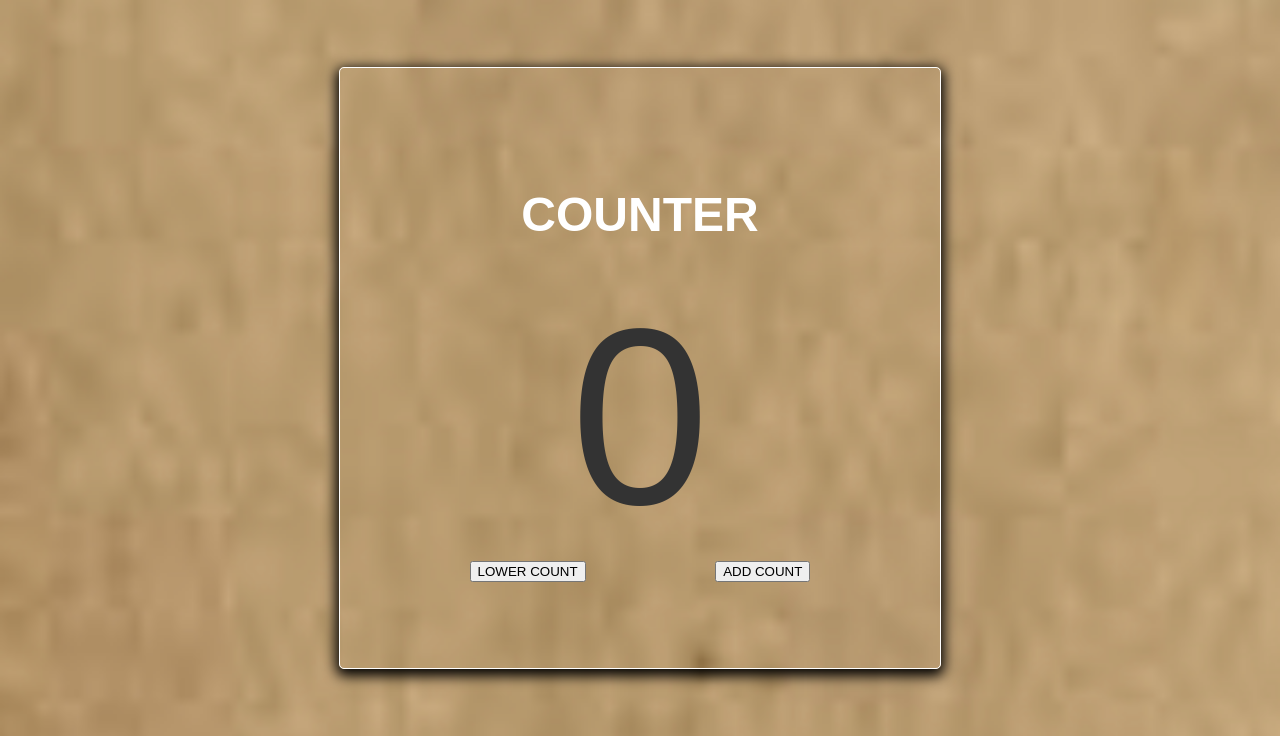
Repository: Hasmik-icml/counter
Page: index.html
An editor plug-in stored every save of this project. The page is shown before and after the next save, followed by the edit.
The browser window is 1280 px wide. The pictures show the whole page.

Above is the page before, as saved 2022-02-14 17:05:37.

### index.html
<!DOCTYPE html>
<html lang="en">
<head>
    <meta charset="UTF-8">
    <meta http-equiv="X-UA-Compatible" content="IE=edge">
    <meta name="viewport" content="width=device-width, initial-scale=1.0">
    <link rel="stylesheet" href="/style.css">
    <title>Document</title>
</head>
<body>
    <div class="container">
        <h1 class="counterHeader">COUNTER</h1>
        <div class="result">0</div>
        <div class="buttons">
            <button class="">LOWER COUNT</button>
            <button class="">ADD COUNT</button>
        </div>

    </div>
    <script src="/index.js"></script>
</body>
</html>

### style.css
body{
    display:flex;
    flex-direction:column;
    justify-content:center;
    min-height:100vh;
    background-image: url("/Screenshot_14.png");
    background-repeat: no-repeat;
    background-size: cover;
}
.container {
    width: 600px;
    height: 600px;
    border: 1px solid white;
    border-radius: 5px;
    margin: auto;
    text-align: center;
    box-shadow: 0px 4px 13px 3px;
    display: flex;
    flex-direction: column;
    justify-content: center;
}
.counterHeader{
    color: white;
    font-family: sans-serif;
    font-size: xxx-large;
}
.result{
    color: #333333;
    font-family: sans-serif;
    font-size: 250px;
}
.button{
    background-color: #0c2c54;
    border-style: none;
    color: white;
    padding: 15px;
    font-family: sans-serif;
    font-size: x-large;
}
.buttons{
    display: flex;
    justify-content: space-evenly;
}

Loaded but not shown: index.js (no copy from this time; the picture is the same without it)

After the next save:
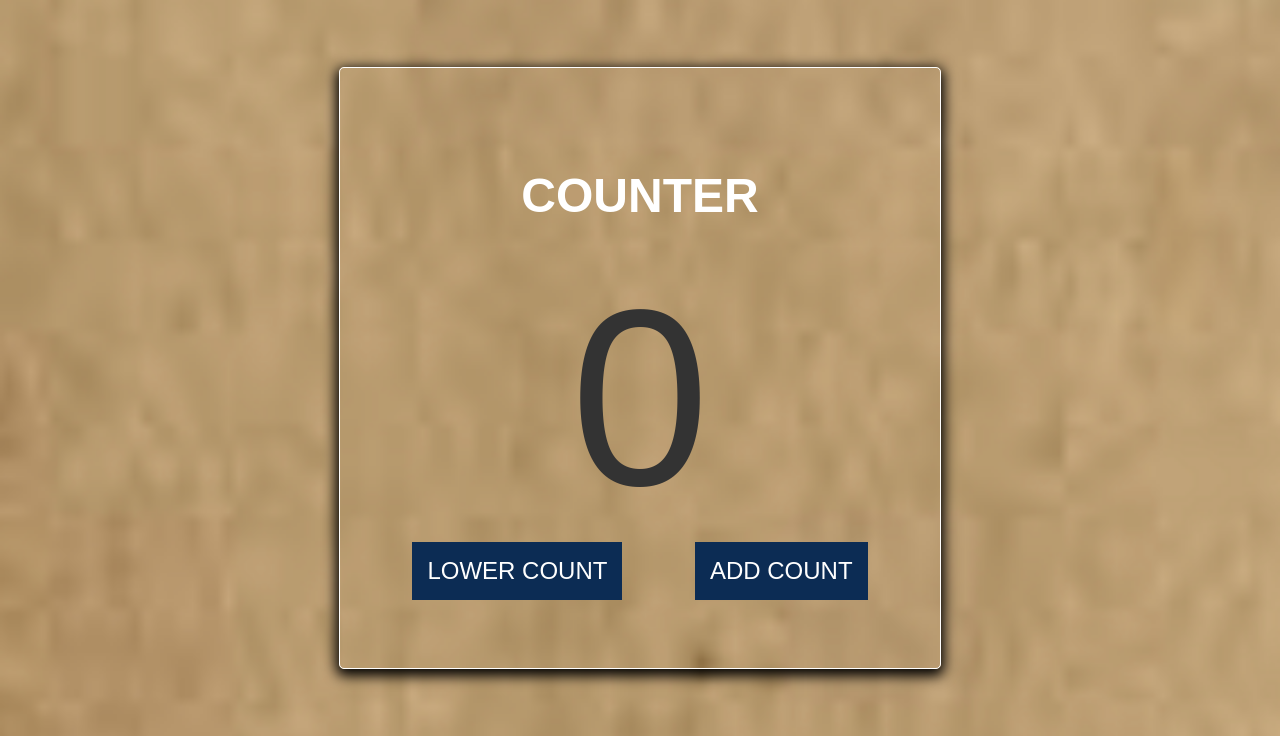
Saved 4 s later.
--- a/index.html
+++ b/index.html
@@ -12,8 +12,8 @@
         <h1 class="counterHeader">COUNTER</h1>
         <div class="result">0</div>
         <div class="buttons">
-            <button class="">LOWER COUNT</button>
-            <button class="">ADD COUNT</button>
+            <button class="button">LOWER COUNT</button>
+            <button class="button">ADD COUNT</button>
         </div>
 
     </div>

After the save that followed:
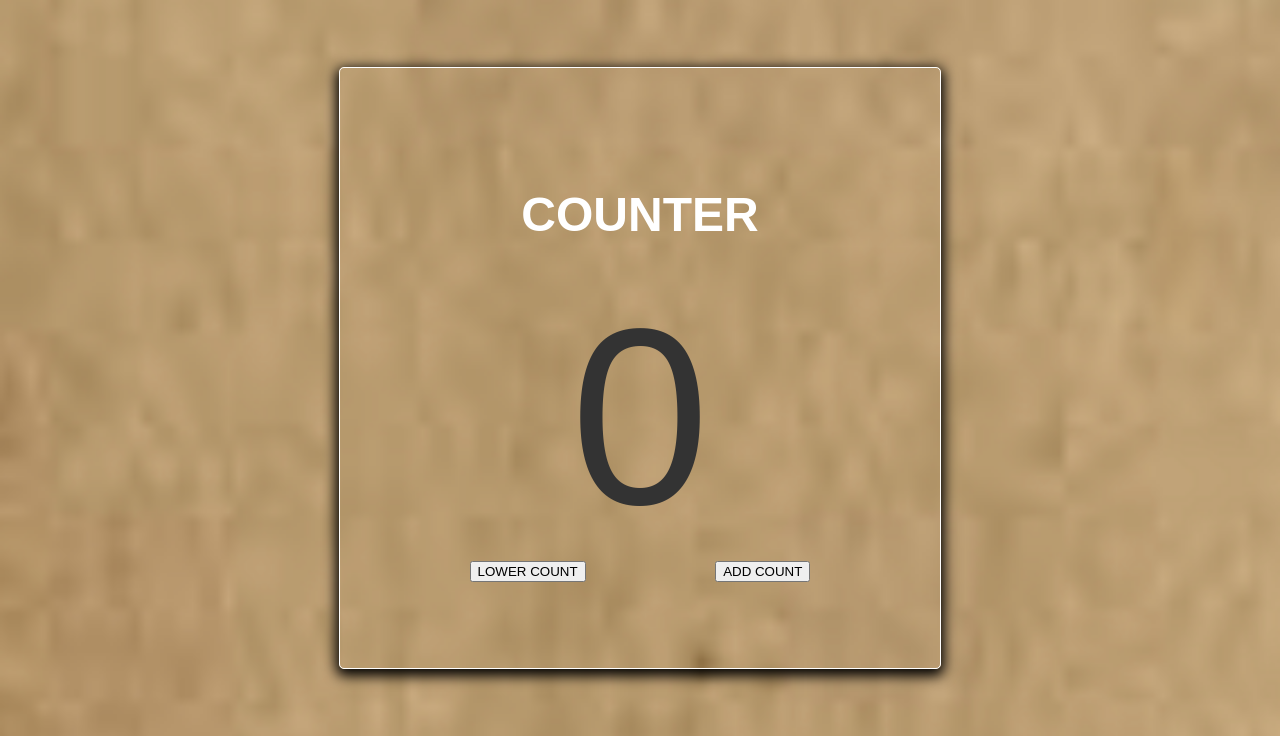
Saved 16 s later.
--- a/index.html
+++ b/index.html
@@ -12,8 +12,8 @@
         <h1 class="counterHeader">COUNTER</h1>
         <div class="result">0</div>
         <div class="buttons">
-            <button class="button">LOWER COUNT</button>
-            <button class="button">ADD COUNT</button>
+            <button class="buttonLower">LOWER COUNT</button>
+            <button class="buttonLower">ADD COUNT</button>
         </div>
 
     </div>
